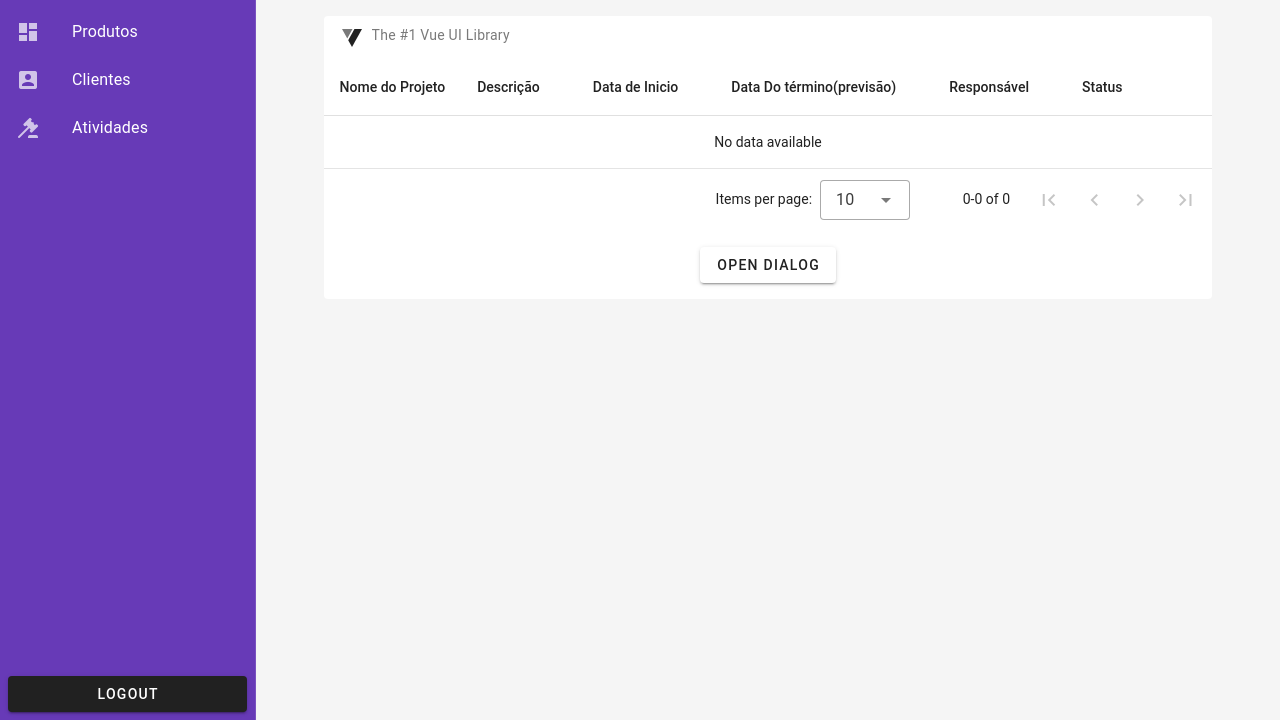
Repository: NtiSilva/Front_AG
Page: /products
An editor plug-in stored every save of this project. The page is shown before and after the next save, followed by the edit.
The browser window is 1280 px wide. The pictures show the whole page.
The page's requests for data from a server got no answer. The project was rebuilt for these pictures with package versions that can differ from the ones it lists, and the page was loaded fresh each time. No one was signed in, and anything a server would have sent is missing. Also part of the build but not shown: vite.config.mjs, src/components/Alert.vue, src/components/Atividades/FormActivities.vue, src/components/Atividades/index.vue, src/components/Clientes/FormClient.vue, src/components/DialogRemove.vue, src/components/Clientes/ListClients.vue, src/components/Clientes/index.vue and 7 more. Imported but missing from the stored project, and not drawn on this page: src/components/DialogEdit.vue.

Above is the page before, as saved 2024-06-20 00:27:54.

After the next save:
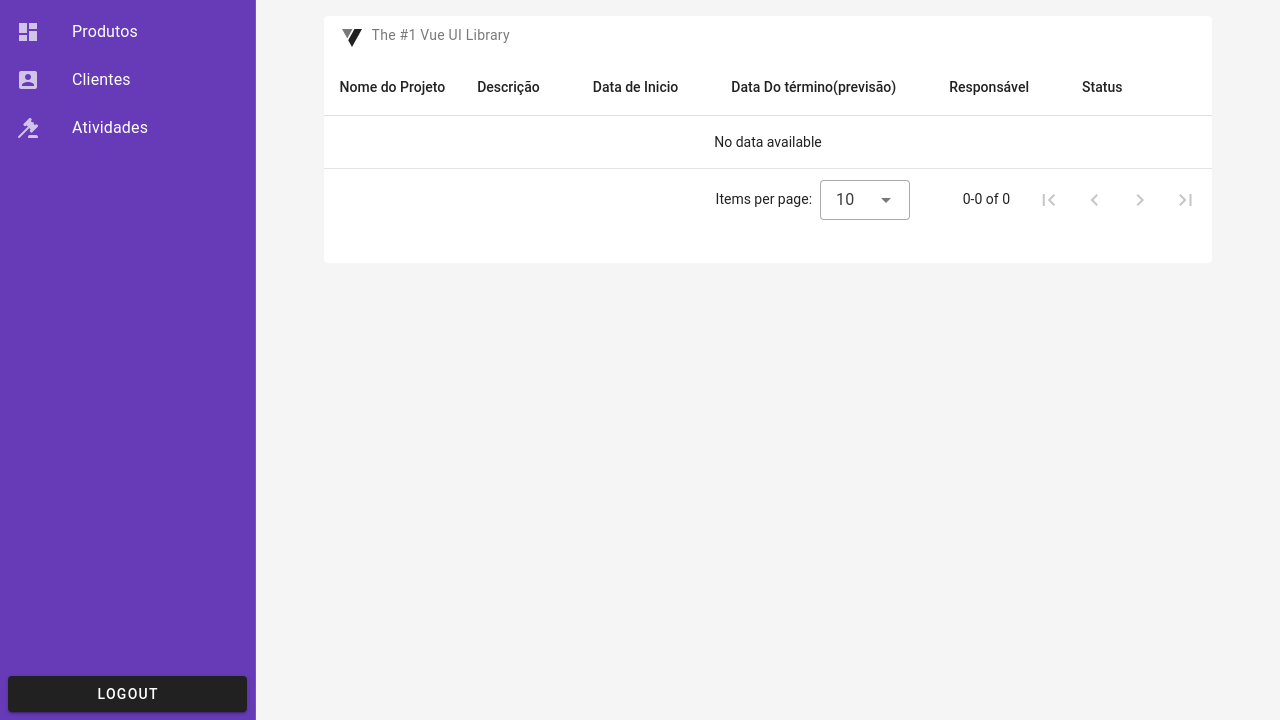
Saved 19 s later.
--- a/src/components/Dialog.vue
+++ b/src/components/Dialog.vue
@@ -5,11 +5,11 @@
       max-width="400"
       persistent
     >
-      <template v-slot:activator="{ props: activatorProps }">
+      <!-- <template v-slot:activator="{ props: activatorProps }">
         <v-btn v-bind="activatorProps">
           Open Dialog
         </v-btn>
-      </template>
+      </template> -->
 
       <v-card
         class="bg-deep-purple"
